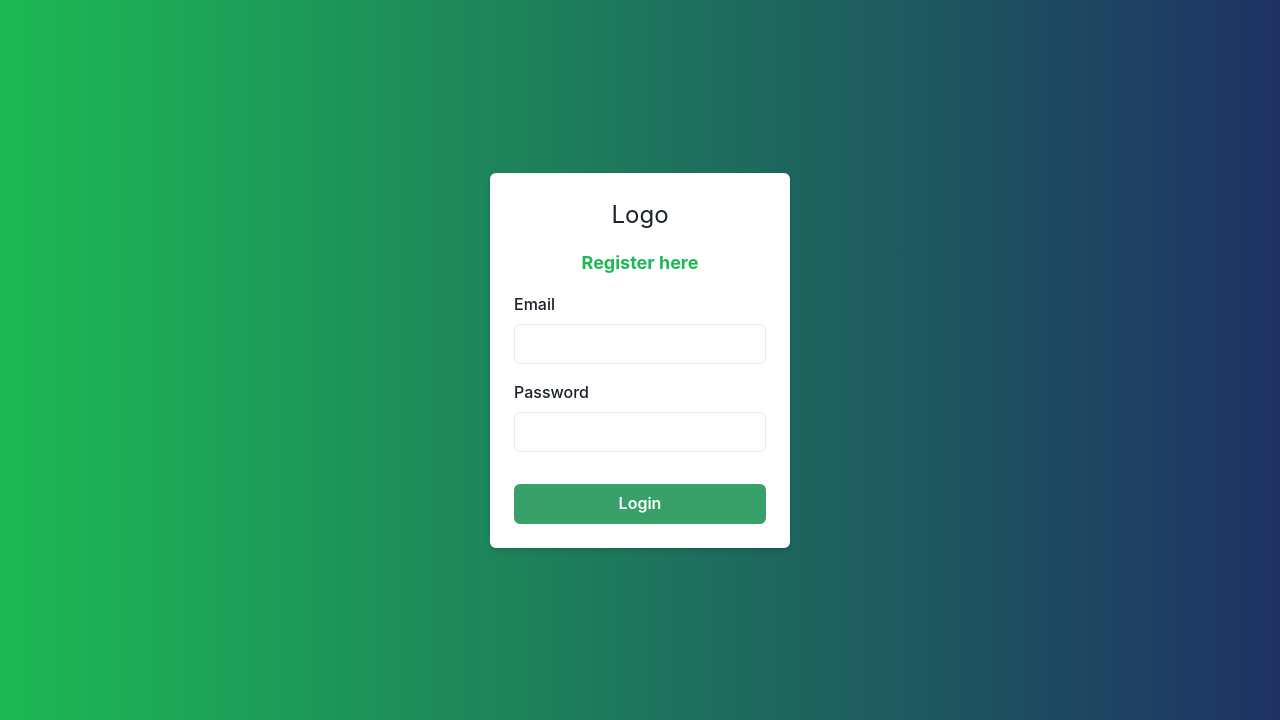
Repository: vbmn-cin-ufpe/todolist-front
Page: /
The author's editor kept a copy of each file at every save. The page is drawn from the files as they stood at one save, then again after the next save.
The browser window is 1280 px wide. The pictures show the whole page.
The project was rebuilt for these pictures with package versions that can differ from the ones it lists, and the page was loaded fresh each time. Also part of the build but not shown: vite.config.ts, src/pages/RegisterPage.tsx, src/pages/HomePage.tsx.

Above is the page before, as saved 2024-07-23 03:29:00.

After the next save:
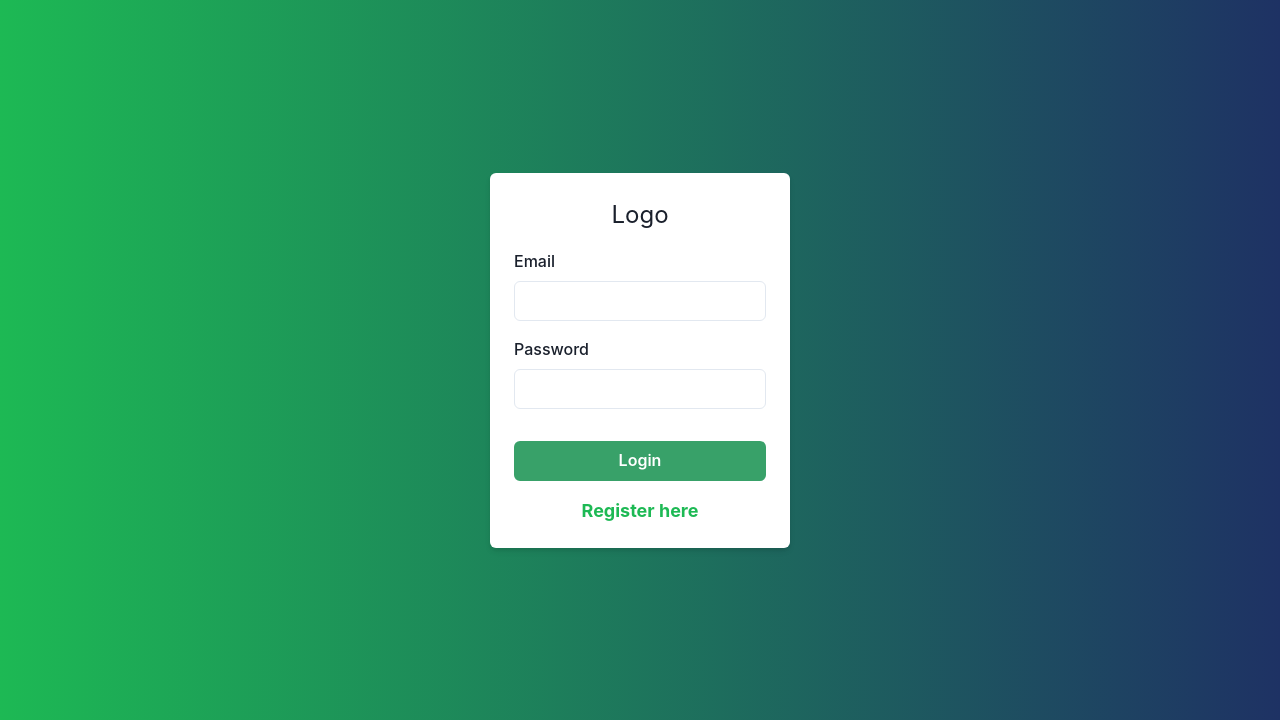
Saved 43 s later.
--- a/src/pages/LoginPage.tsx
+++ b/src/pages/LoginPage.tsx
@@ -35,9 +35,6 @@ const LoginPage = ({ setPage }) => {
       >
         <Text fontSize="2xl" mb="4">Logo</Text>
         <VStack spacing="4">
-          <Text fontSize="lg" fontWeight="bold" color="#1DB954" cursor="pointer" onClick={() => setPage('register')}>
-            Register here
-          </Text>
           <FormControl>
             <FormLabel>Email</FormLabel>
             <Input type="email" value={email} onChange={(e) => setEmail(e.target.value)} />
@@ -47,6 +44,9 @@ const LoginPage = ({ setPage }) => {
             <Input type="password" value={password} onChange={(e) => setPassword(e.target.value)} />
           </FormControl>
           <Button colorScheme="green" onClick={handleLogin} width="100%" mt="4">Login</Button>
+          <Text fontSize="lg" fontWeight="bold" color="#1DB954" cursor="pointer" onClick={() => setPage('register')}>
+            Register here
+          </Text>
         </VStack>
       </Box>
     </Box>
